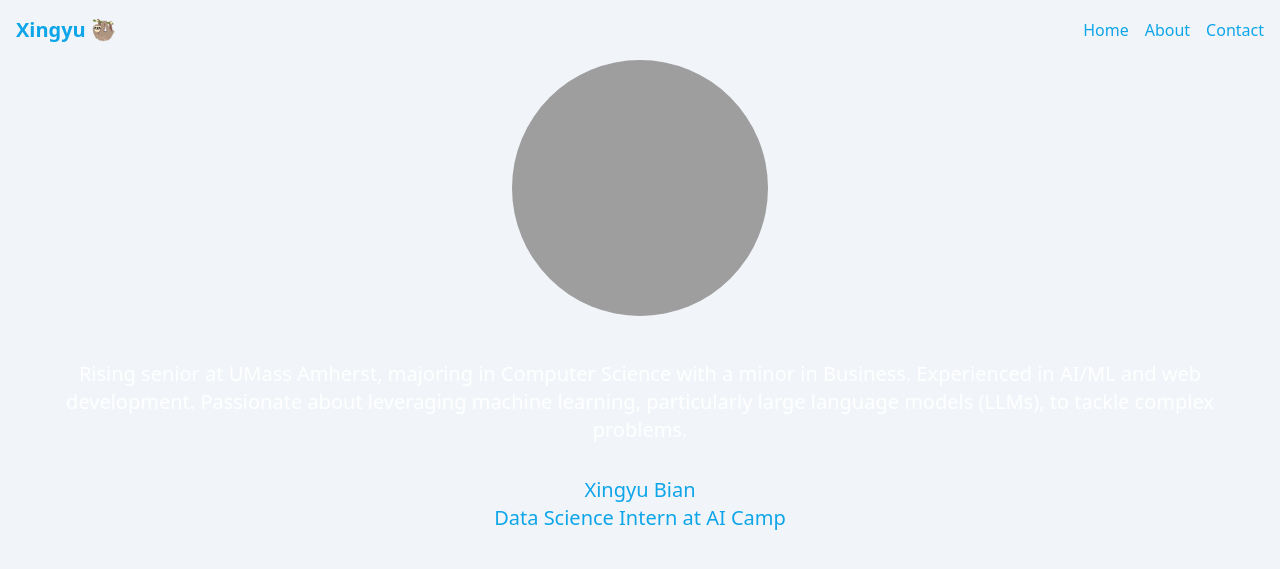
Repository: therealcyberlord/personal-portfolio
Page: /
An editor plug-in stored every save of this project. The page is shown before and after the next save, followed by the edit.
The browser window is 1280 px wide. The pictures show the whole page.
Pictures or frames that could not be fetched are drawn as grey boxes. The project was rebuilt for these pictures with package versions that can differ from the ones it lists, and the page was loaded fresh each time. Also part of the build but not shown: vite.config.ts, src/pages/About.tsx, src/pages/Contact.tsx.

Above is the page before, as saved 2023-07-23 13:01:05.

### src/App.tsx
import { BrowserRouter as Router, Routes, Route } from "react-router-dom";
import Home from "./pages/Home";
import About from "./pages/About";
import Contact from "./pages/Contact";
import Navbar from "./components/Nav";

function App() {
  return (
    <div className="w-screen h-screen bg-slate-100 dark:bg-slate-800">
      <Router>
        <Navbar />
        <Routes>
          <Route path="/" element={<Home />} />
          <Route path="/about" element={<About />} />
          <Route path="/contact" element={<Contact />} />
        </Routes>
      </Router>
    </div>
  );
}

export default App;

### src/pages/Home.tsx
import Profile from "../components/Profile";

// home page
const Home = () => {
  return (
    <Profile
      name="Xingyu Bian"
      description="Rising senior at UMass Amherst, majoring in Computer Science with a minor in Business. Experienced in AI/ML and web development. Passionate about leveraging machine learning, particularly large language models (LLMs), to tackle complex problems."
      img_path="https://avatars.githubusercontent.com/u/30872286?v=4"
      role="Data Science Intern at AI Camp"
    />
  );
};

export default Home;

### src/components/Nav.tsx
import { Link } from "react-router-dom";

const Navbar = () => {
  return (
    <nav className="p-4">
      <div className="flex justify-between items-center">
        <div className="text-sky-500 dark:text-sky-400 font-bold text-xl">
          Xingyu 🦥
        </div>
        <ul className="flex space-x-4">
          <li>
            <Link
              to="/"
              className="text-sky-500 dark:text-sky-400 hover:text-blue-200 dark:hover:text-blue-200 transition duration-300"
            >
              Home
            </Link>
          </li>
          <li>
            <Link
              to="/about"
              className="text-sky-500 dark:text-sky-400 hover:text-blue-200 dark:hover:text-blue-200 transition duration-300"
            >
              About
            </Link>
          </li>
          <li>
            <Link
              to="/contact"
              className="text-sky-500 dark:text-sky-400 hover:text-blue-200 dark:hover:text-blue-200 transition duration-300"
            >
              Contact
            </Link>
          </li>
        </ul>
      </div>
    </nav>
  );
};

export default Navbar;

### src/components/Profile.tsx
import React, { useState, useEffect } from "react";

interface ProfileProps {
  name: string;
  description: string;
  img_path: string;
  role: string;
}

const Profile: React.FC<ProfileProps> = ({
  name,
  description,
  img_path,
  role,
}) => {
  const [typedText, setTypedText] = useState("");

  // useEffect(() => {
  //   let currentIndex = 0;
  //   const intervalId = setInterval(() => {
  //     if (currentIndex < description.length) {
  //       console.log(description[currentIndex]);
  //       setTypedText((prevText) => prevText + description[currentIndex]);
  //       currentIndex++;
  //     } else {
  //       clearInterval(intervalId);
  //     }
  //   }, 50);

  //   return () => {
  //     clearInterval(intervalId);
  //   };
  // }, [description]);

  return (
    <>
      <img
        className="w-64 h-64 rounded-full mx-auto"
        src={img_path}
        alt="Xingyu's profile picture"
      />
      <figure className="flex">
        <div className="pt-6 text-center space-y-4">
          <blockquote>
            {/* Add a larger font size class, e.g., 'text-xl' */}
            <p className="p-5 text-lg text-white text-xl">{description}</p>
          </blockquote>
        </div>
      </figure>
      <figcaption className="font-medium text-center my-3">
        <p className="text-sky-500 dark:text-sky-400 text-xl">{name}</p>
        <p className="text-sky-500 dark:text-sky-400 text-xl">{role}</p>
      </figcaption>
    </>
  );
};

export default Profile;

### tailwind.config.js
/** @type {import('tailwindcss').Config} */

export default {
  content: ["./index.html", "./src/**/*.{js,ts,jsx,tsx}"],
  theme: {
    extend: {
      colors: {
        primary: "#202225",
        secondary: "#5865f2",
      },
    },
  },
  plugins: [],
};

Loaded but not shown: src/main.tsx (common file); src/index.css (common file)

After the next save:
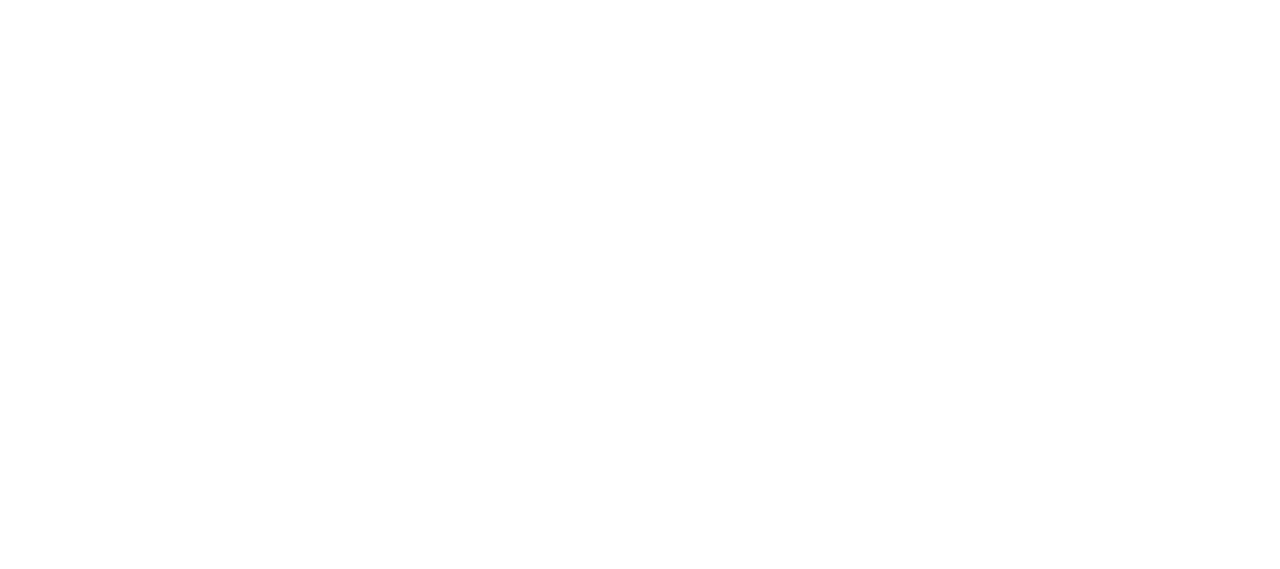
Console error: TypeError: Cannot destructure property 'basename' of 'React3.useContext(...)' as it is null.
Saved 12 s later.
--- a/src/App.tsx
+++ b/src/App.tsx
@@ -7,8 +7,8 @@
 function App() {
   return (
     <div className="w-screen h-screen bg-slate-100 dark:bg-slate-800">
+      <Navbar />
       <Router>
-        <Navbar />
         <Routes>
           <Route path="/" element={<Home />} />
           <Route path="/about" element={<About />} />

After the save that followed:
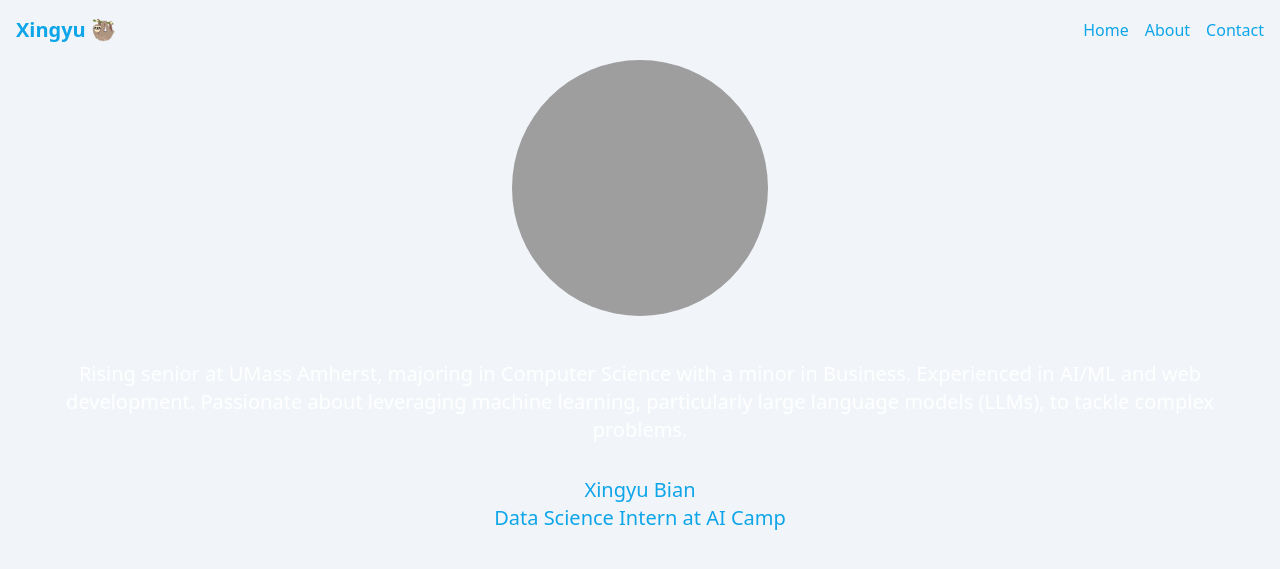
The error is gone.
Saved 8 s later.
--- a/src/App.tsx
+++ b/src/App.tsx
@@ -7,8 +7,8 @@
 function App() {
   return (
     <div className="w-screen h-screen bg-slate-100 dark:bg-slate-800">
-      <Navbar />
       <Router>
+        <Navbar />
         <Routes>
           <Route path="/" element={<Home />} />
           <Route path="/about" element={<About />} />
